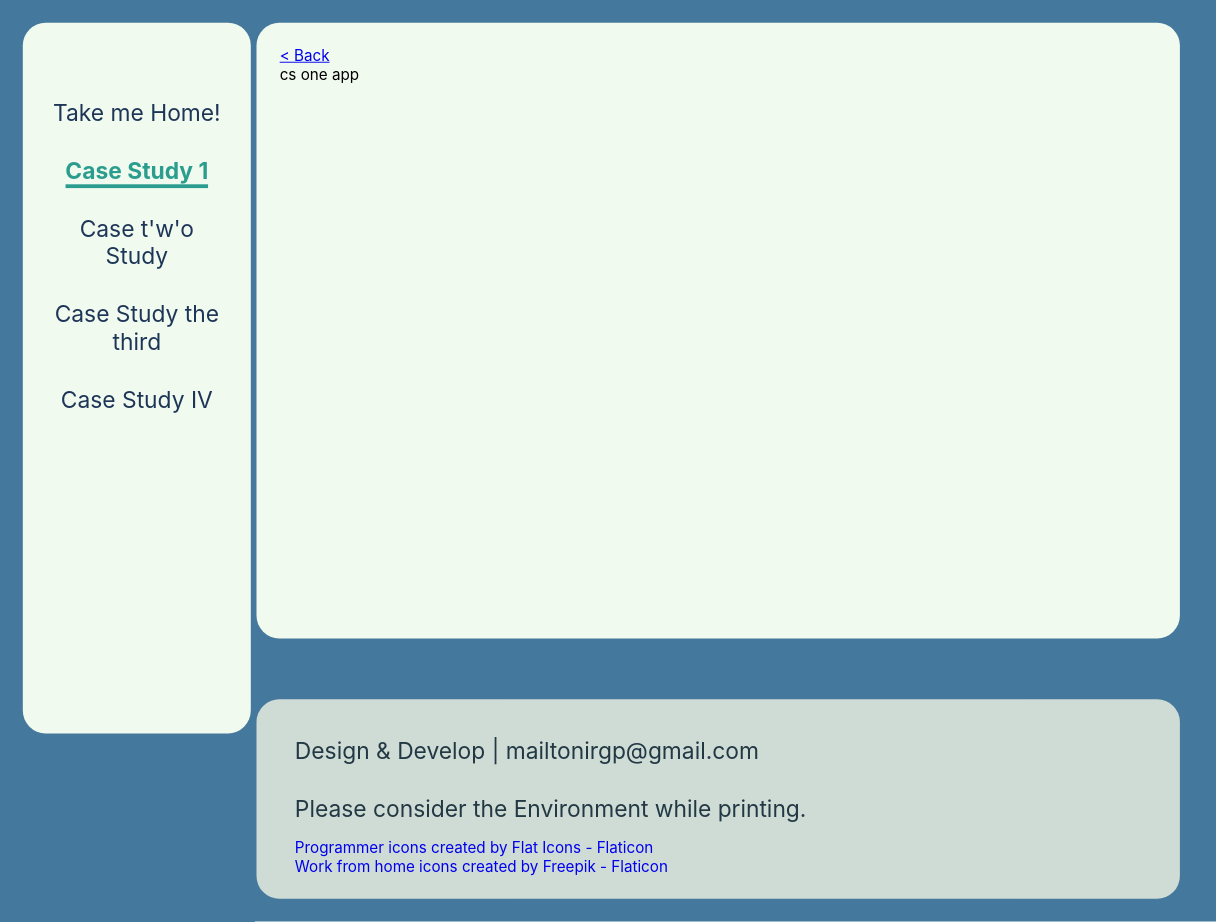
Repository: niranjangp/portfolioReact
Page: /cs-one
These files come from the project's save history. The page is drawn as it stood at one moment and after the next save; the edit follows.
The browser window is 1280 px wide. The pictures show the whole page, at 95% of full size.
The project was rebuilt for these pictures with package versions that can differ from the ones it lists, and the page was loaded fresh each time. Also part of the build but not shown: src/pages/enterDesign.jsx, src/pages/notFound.jsx.

Above is the page before, as saved 2022-02-01 01:43:04.

After the next save:
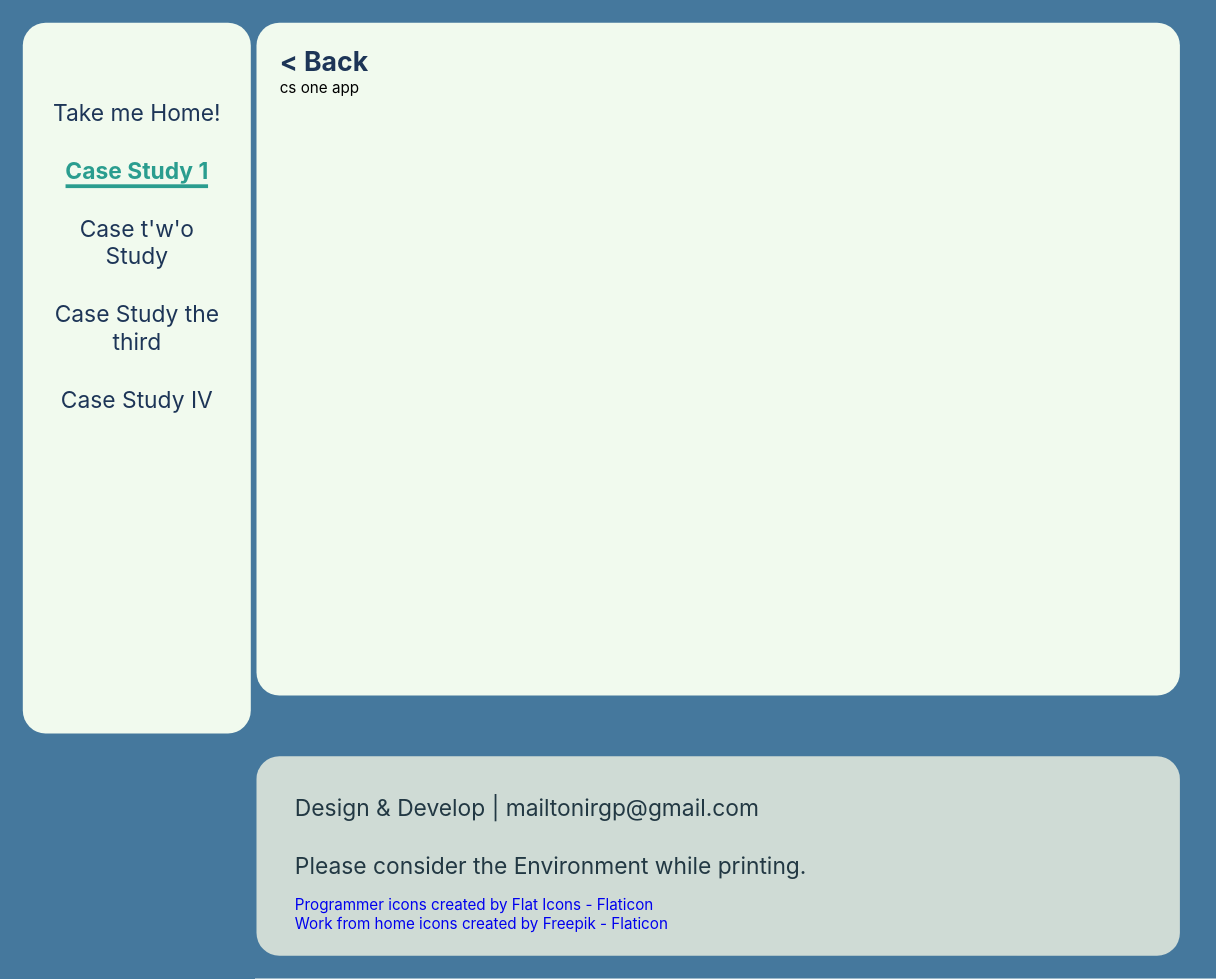
Saved 4 s later.
--- a/src/App.css
+++ b/src/App.css
@@ -179,11 +179,19 @@ footer {
 }
 
 .csOne {
-  min-height: 600px;
+  min-height: 660px;
   height: 100%;
 }
 
-
+.backLink {
+  font-size: 28px;
+  font-weight: bold;
+}
+
+.backLink a {
+  text-decoration: none;
+  color: #1d3557;
+}
 
 /*.containerOne {
   background-color: #F1FAEE;
